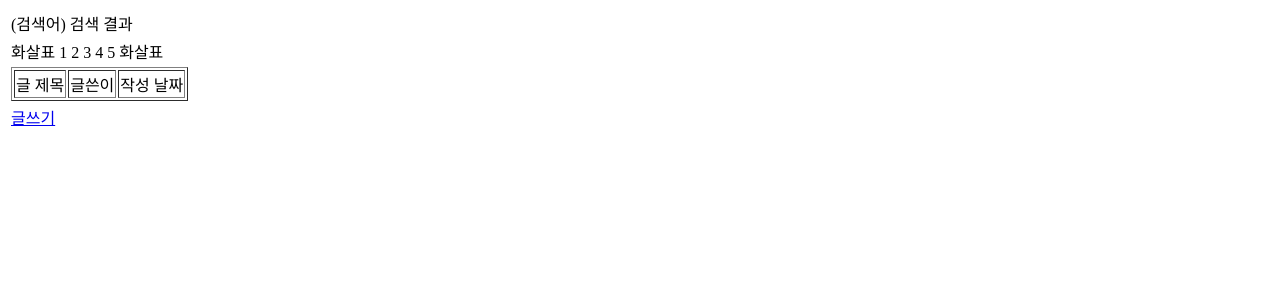
Repository: GOHO97/Haheeho
Page: http://localhost/Haheeho_Adblock/WEB-INF/views/board/board.jsp
An editor plug-in stored every save of this project. The page is shown before and after the next save, followed by the edit.
The browser window is 1280 px wide. The pictures show the whole page.
The page is served by Tomcat 9. Nobody is signed in. Other server files are loaded and not shown. The template is opened directly, without the code that normally fills it, so the values that code supplies are empty.

Above is the page before, as saved 2022-10-31 01:59:56.

### Haheeho_Adblock/src/main/webapp/WEB-INF/views/board/board.jsp
<%@ page language="java" contentType="text/html; charset=UTF-8"
    pageEncoding="UTF-8"%>
<!DOCTYPE html>
<html>
<head>
<meta charset="UTF-8">
<title>Insert title here</title>
</head>
<body>
	<table>
		<tr>
			<td>
				(검색어) 검색 결과
			</td>
		</tr>
		<tr>
			<td>
				화살표 1 2 3 4 5 화살표
			</td>
		</tr>
		<tr>
			<td>
				<table border="1" id="boardArea">
					<tr>
						<td>
							<a>글 제목</a>
						</td>
						<td>
							글쓴이
						</td>
						<td>
							작성 날짜
						</td>
					</tr>
				</table>
			</td>
		</tr>
		<tr>
			<td>
				<a href="board.write.go">글쓰기</a>
			</td>
		</tr>
	</table>
</body>
</html>

After the next save:
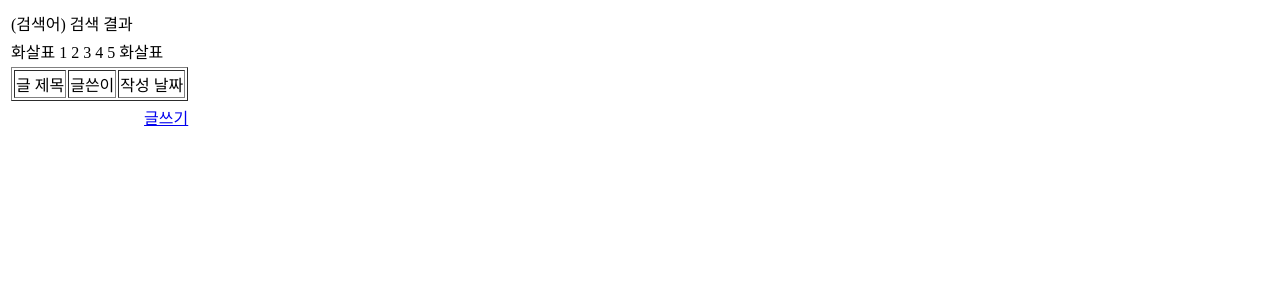
Saved 18 s later.
--- a/Haheeho_Adblock/src/main/webapp/WEB-INF/views/board/board.jsp
+++ b/Haheeho_Adblock/src/main/webapp/WEB-INF/views/board/board.jsp
@@ -36,7 +36,7 @@
 			</td>
 		</tr>
 		<tr>
-			<td>
+			<td align="right">
 				<a href="board.write.go">글쓰기</a>
 			</td>
 		</tr>
